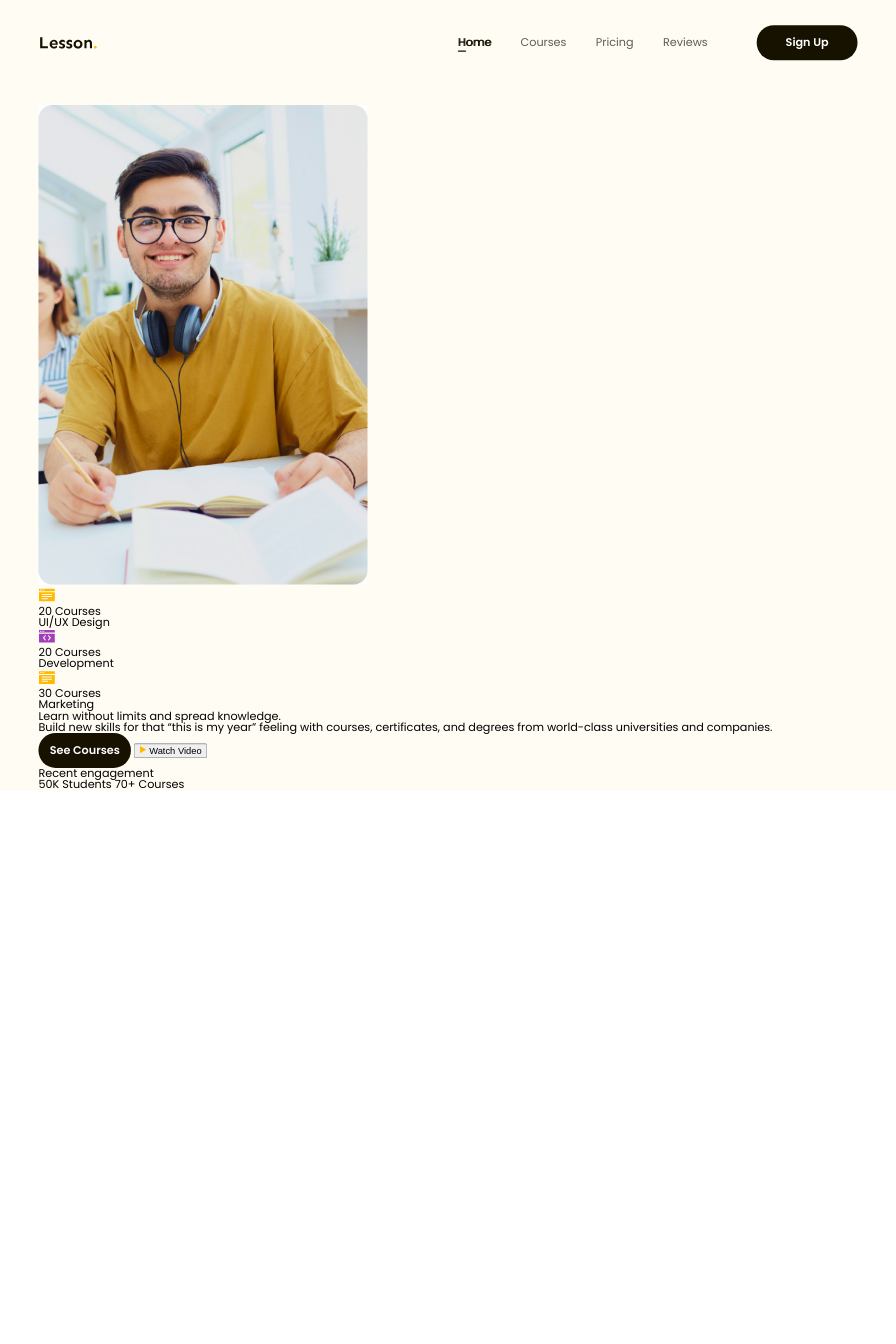
Repository: Tibi2003/f8-htmlcss-02
Page: index.html
The author's editor kept a copy of each file at every save. The page is drawn from the files as they stood at one save, then again after the next save.
The browser window is 1280 px wide. The pictures show the part of the page from y = 0 to 1920 px (the page is 5000 px tall), at 70% of full size.

Above is the page before, as saved 2024-03-07 09:35:43.

After the next save:
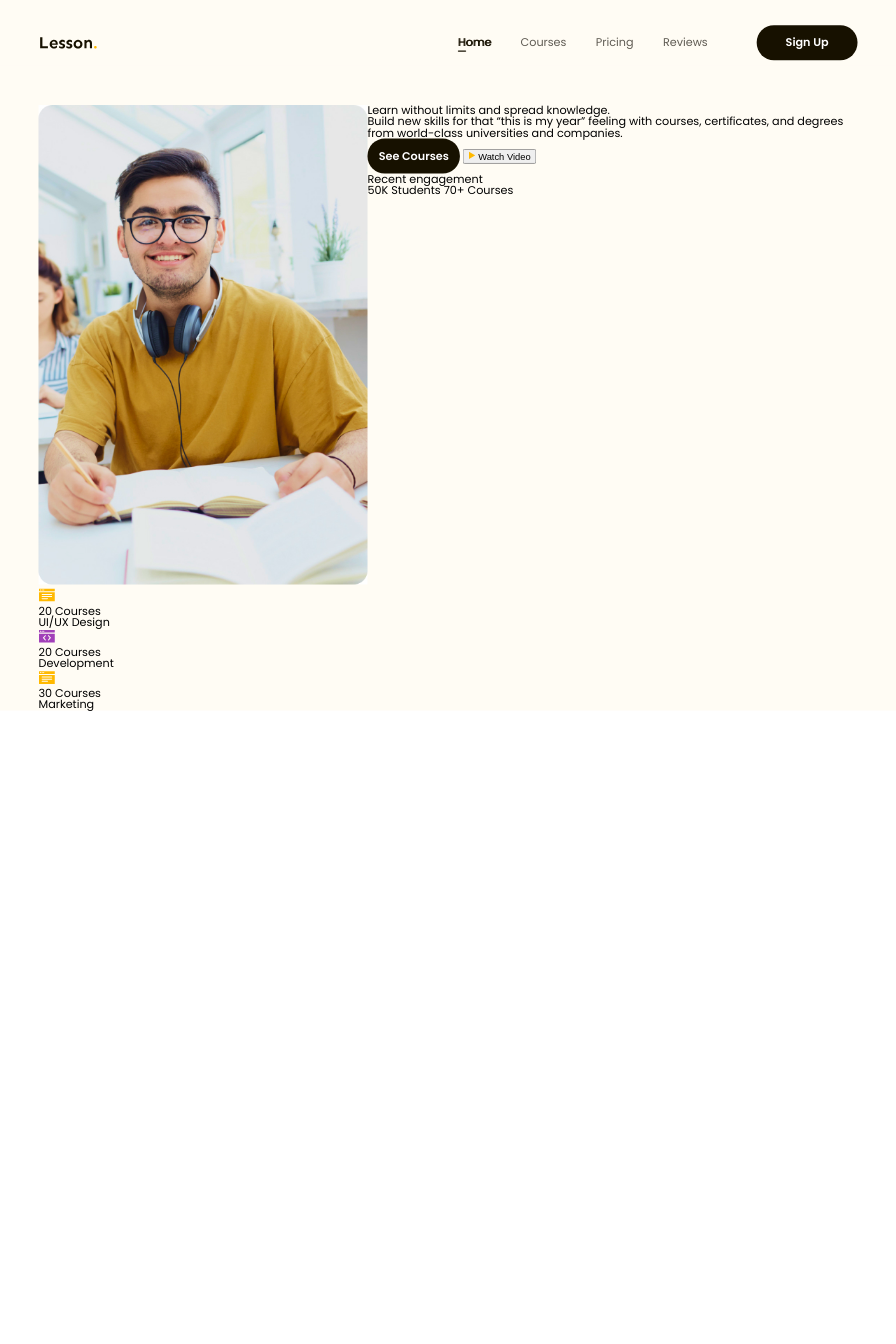
Saved 62 s later.
--- a/assets/css/styles.css
+++ b/assets/css/styles.css
@@ -99,3 +99,7 @@ a {
 	padding-top: 56px;
 	background: #fffcf4;
 }
+
+.hero .body {
+	display: flex;
+}
